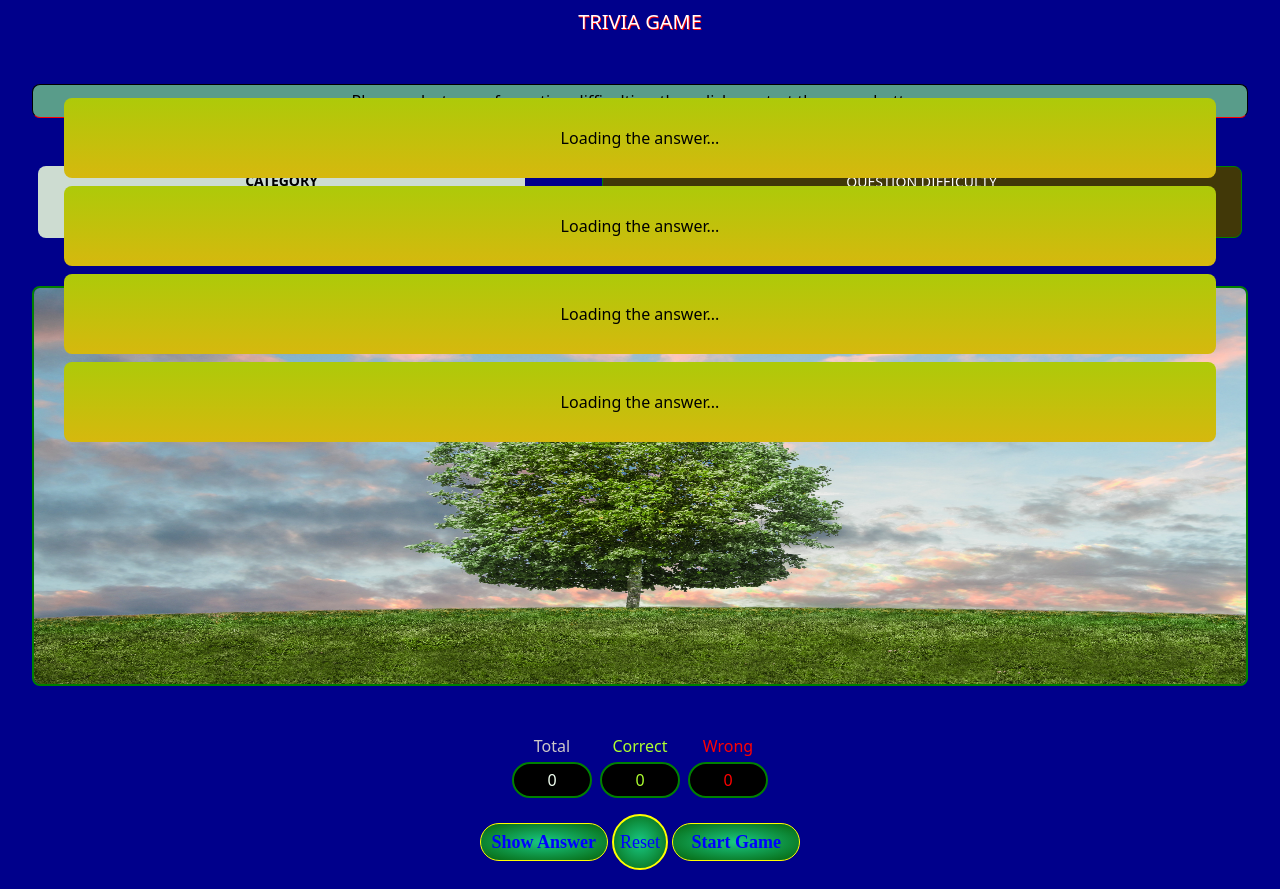
Repository: ShindanoSingi/bembe-trivia
Page: index.html
An editor plug-in stored every save of this project. The page is shown before and after the next save, followed by the edit.
The browser window is 1280 px wide. The pictures show the whole page.
Some web libraries are served in a nearby version.

Above is the page before, as saved 2022-09-08 01:01:42.

After the next save:
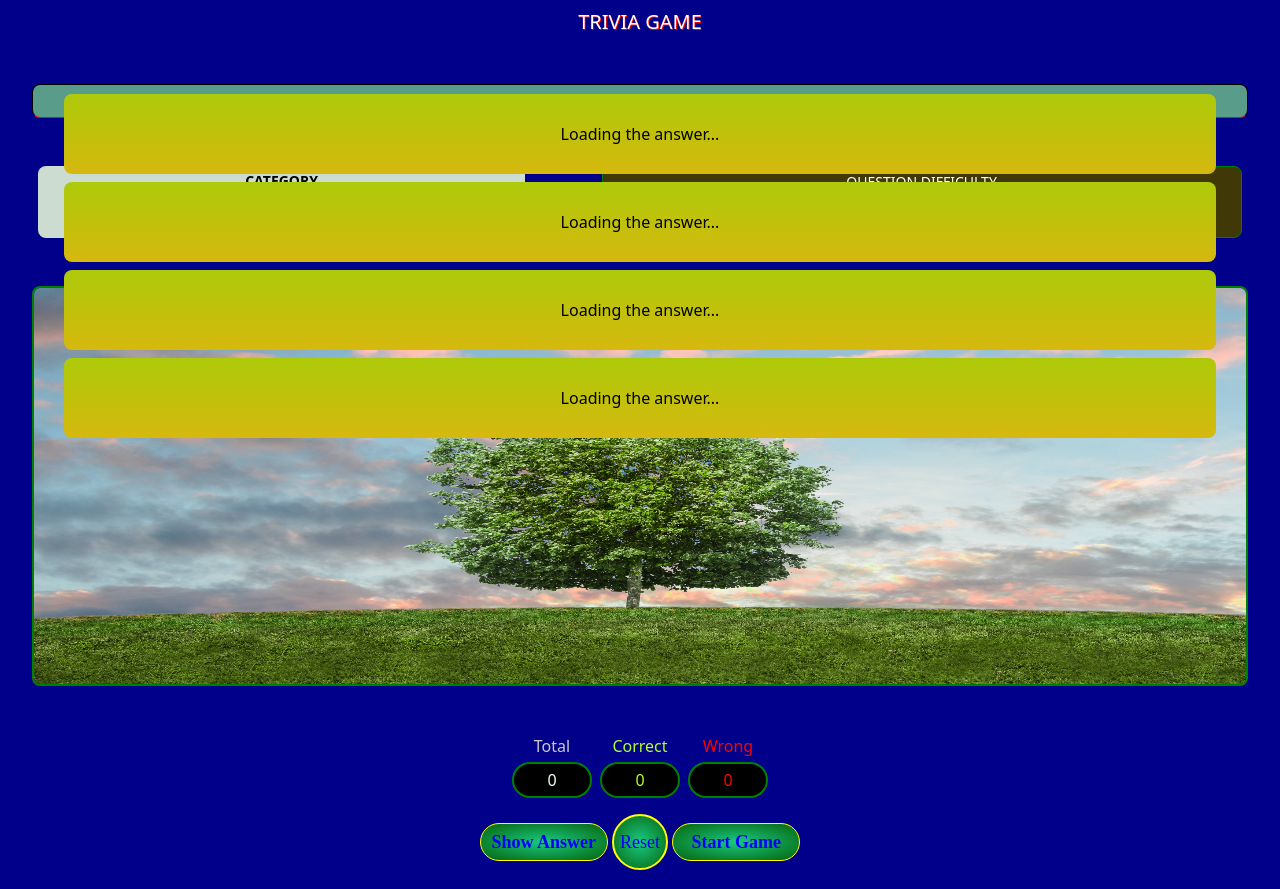
Saved 9 s later.
--- a/index.html
+++ b/index.html
@@ -34,7 +34,7 @@
             </div>
             <div class="imgAndQuestions">
                 <img class="w-[95vw] h-[25rem] mx-auto" src="pexels-skitterphoto-9198.jpg" alt="nature image">
-                <div class="answersButtons absolute bottom-[17.4rem] ml-[5vw] flex space-y-2 items-center  flex-col">
+                <div class="answersButtons absolute bottom-[17.6rem] ml-[5vw] flex space-y-2 items-center  flex-col">
                     <button class="showAnswer w-[90vw] p-1 absolute bottom-[17rem] mx-auto text-sm h-[5rem]">Loading the answer...</button>
                     <button class="response w-[90vw] p-1 text-center text-md h-[5rem]" id="response1">Loading the answer...</button>
                     <button class="response w-[90vw] p-1 text-md h-[5rem]" id="response2">Loading the answer...</button>
